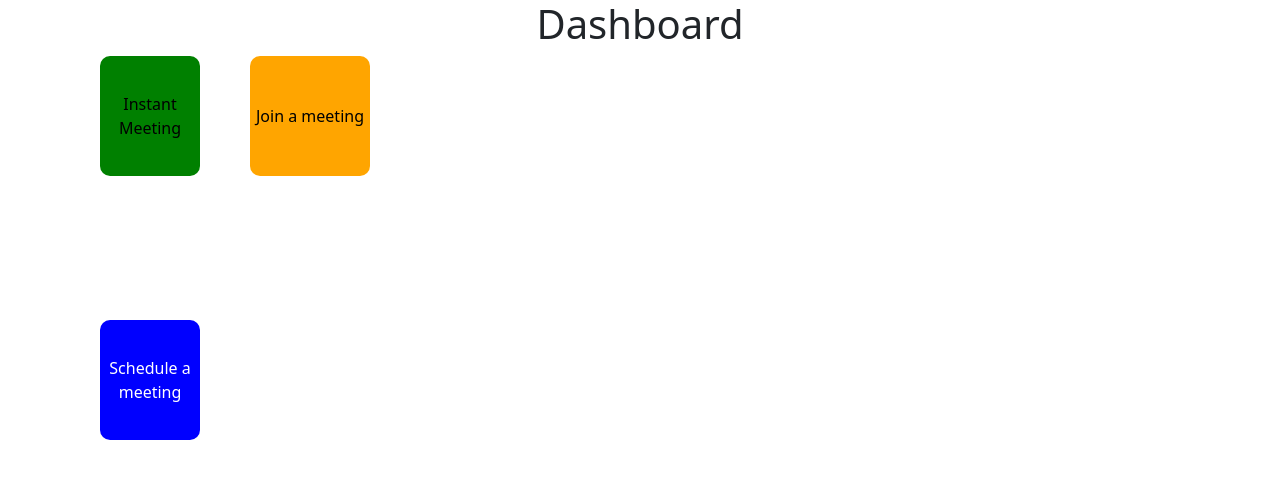
Repository: sreech465/myexam
Page: /
An editor plug-in stored every save of this project. The page is shown before and after the next save, followed by the edit.
The browser window is 1280 px wide. The pictures show the whole page.
The project was rebuilt for these pictures with package versions that can differ from the ones it lists, and the page was loaded fresh each time. Also part of the build but not shown: src/Jmeet.js, src/Smeet.js, src/Joinmeet.js.

Above is the page before, as saved 2023-01-14 17:32:03.

After the next save:
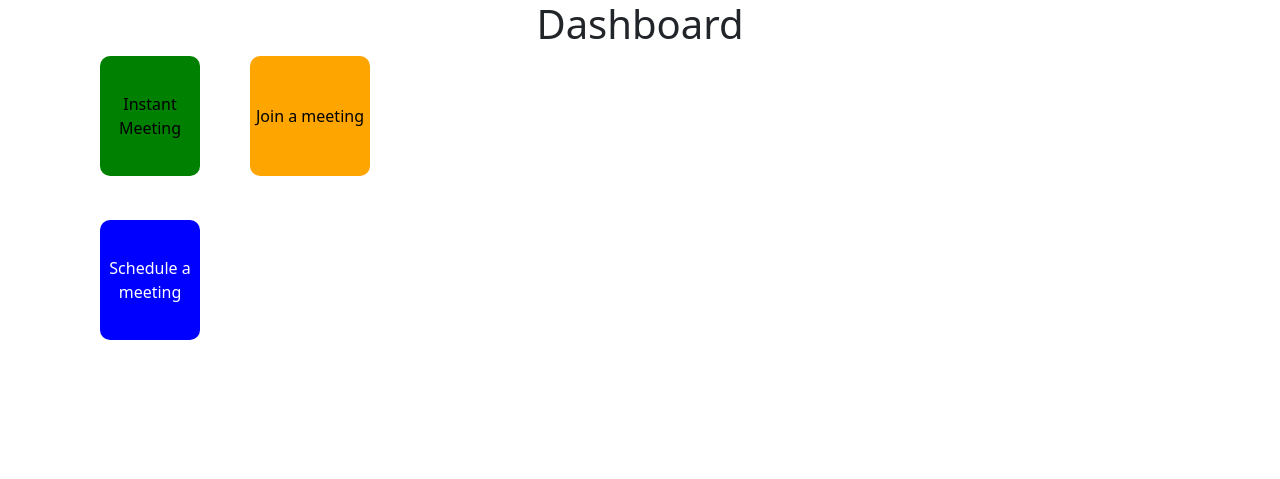
Saved 8 s later.
--- a/src/Details.js
+++ b/src/Details.js
@@ -54,7 +54,7 @@ const Details = () => {
           height: 120,
           left: 100,
           position: "fixed",
-          top: 280,
+          top: 180,
         }}
         onClick={handleSchedule}
       >
